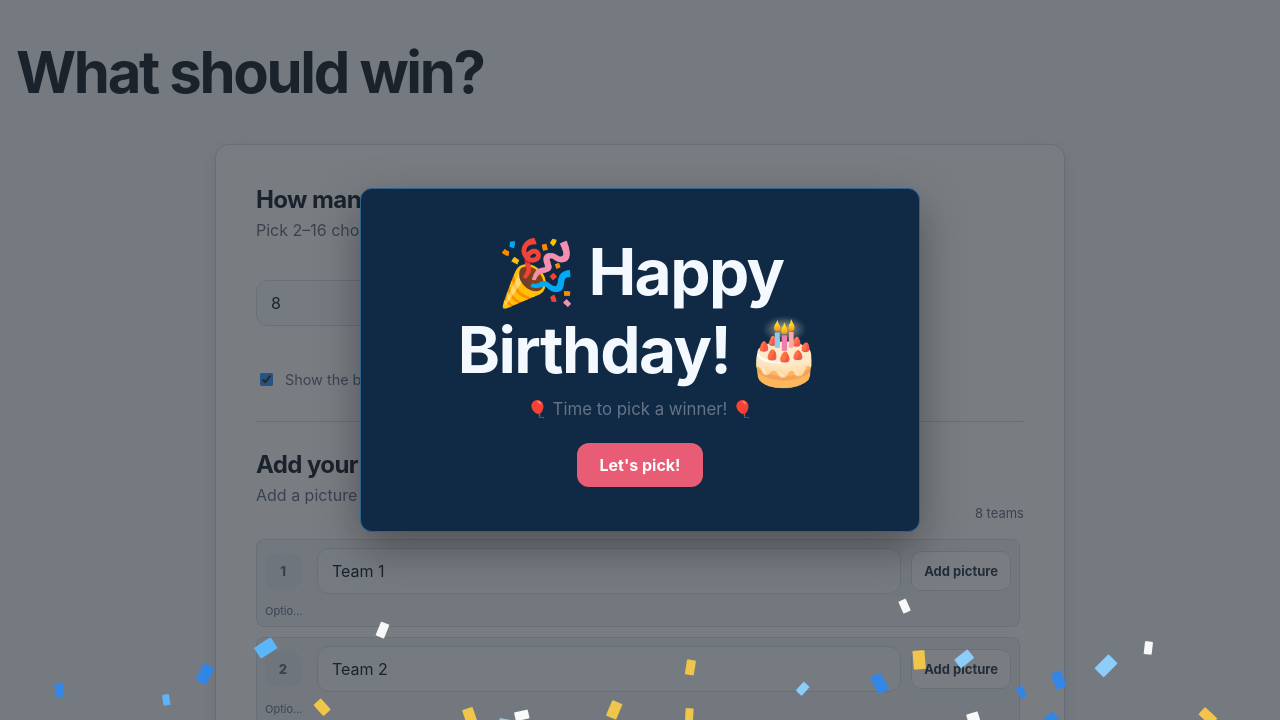
Repository: Ryan-Damm/Bracket
Page: bracket-simulator.html
An editor plug-in stored every save of this project. The page is shown before and after the next save, followed by the edit.
The browser window is 1280 px wide. The pictures show the window.
A layer covers the whole window, so only the first screen is drawn. An inner scrolling area shows only its first screen.

Above is the page before, as saved 2026-10-04 21:44:57.

After the next save:
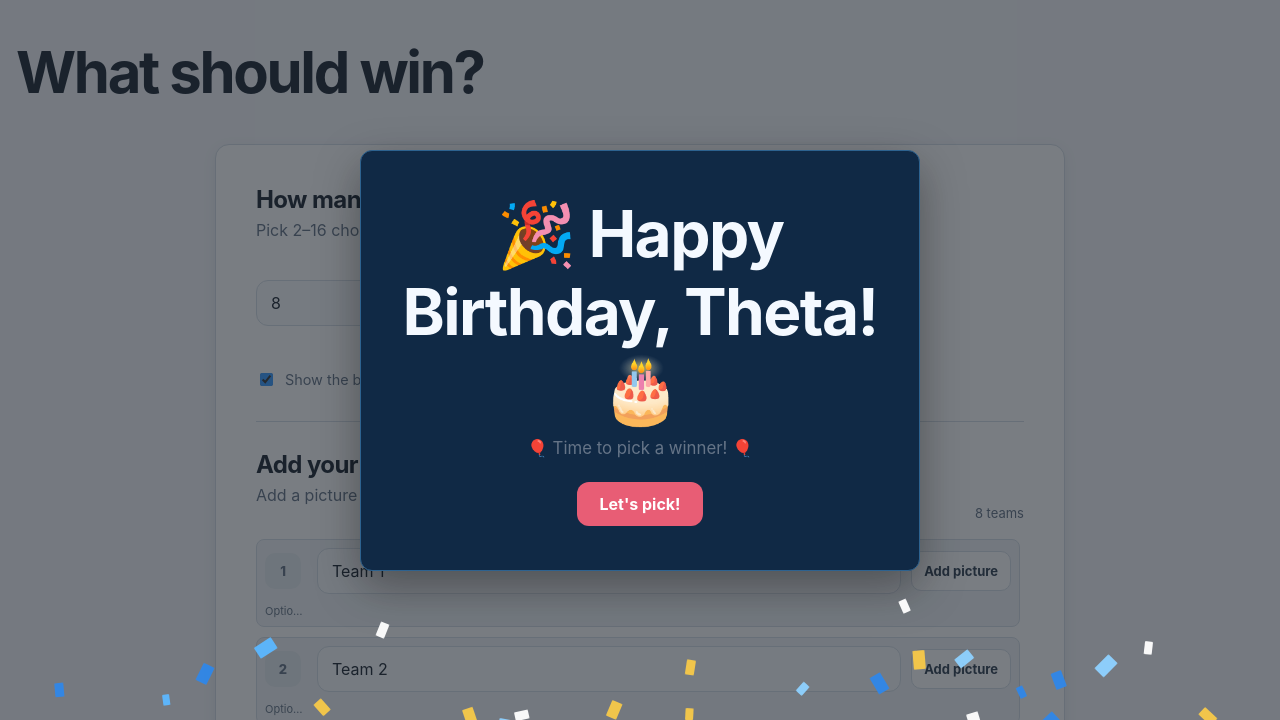
Saved 15 s later.
--- a/bracket-simulator.html
+++ b/bracket-simulator.html
@@ -726,7 +726,7 @@ input[type="number"],
 
   <div id="birthdayOverlay" class="birthday-overlay" aria-hidden="true">
     <div class="birthday-card">
-      <h2>🎉 Happy Birthday! 🎂</h2>
+      <h2>🎉 Happy Birthday, Theta! 🎂</h2>
       <p>🎈 Time to pick a winner! 🎈</p>
       <button id="closeBirthday">Let's pick!</button>
     </div>
